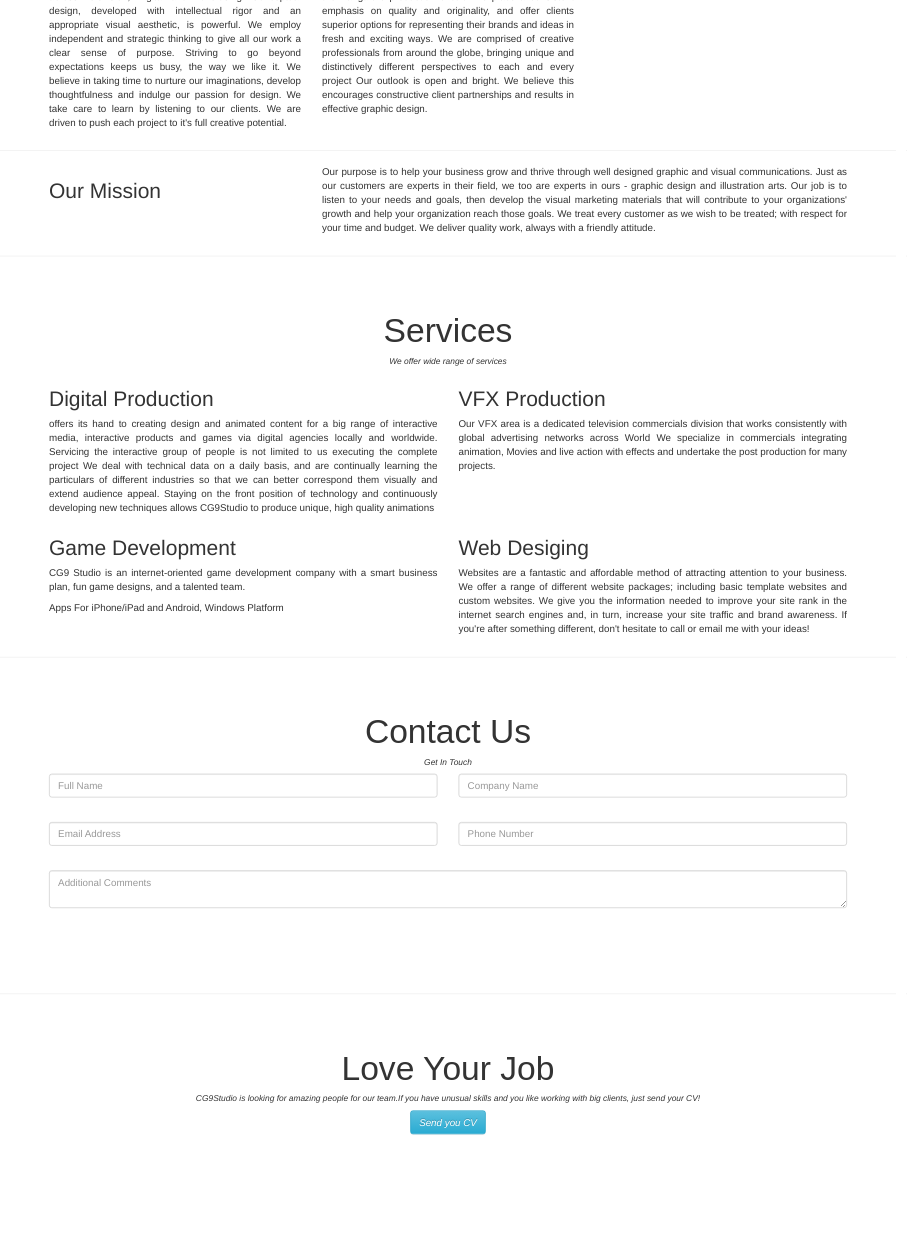
Repository: deepak6sp/BootstrapTheme1
Page: 9studio/WebContent/index.html
These files come from the project's save history. The page is drawn as it stood at one moment and after the next save; the edit follows.
The browser window is 1280 px wide. The page is 1295 px wide, so the pictures cover 1295 px, including what lies to the right of the window. The pictures show the part of the page from y = 986 to 2866 px (the page is 2766 px tall before and 2866 px after), at 70% of full size.
Some web libraries are served in a nearby version.

Above is the page before, as saved 2014-07-23 14:08:58.

### 9studio/WebContent/index.html
<!DOCTYPE html>
<html>
<head>
<meta charset="ISO-8859-1">
<title>Welcome To 9Studio</title>
<link rel="stylesheet" type="text/css" href="css/style.css">
<link rel="stylesheet" type="text/css" href="css/bootstrap.min.css">
<link rel="stylesheet" type="text/css" href="css/bootstrap-theme.min.css">
</head>
<body>
	<header class="navbar navbar-default">
		<div class="container">
			<div class="navbar-header">
				<a class="navbar-brand" href="#" title="9studio"><img src="images/logo.jpg"></a>
				<button class="navbar-toggle" data-toggle="collapse" data-target="#navheaderCollapse">
					<span class="icon-bar"></span>
			        <span class="icon-bar"></span>
			        <span class="icon-bar"></span>
	      		</button>
	      	</div>
	      	<br></br>
      		<div class="collapse navbar-collapse navbar-collapse-top" id="navheaderCollapse">
				<ul class="nav navbar-nav  navbar-right" >
					<li><a href="#">Home</a></li>
					<li><a href="#about-us">About</a></li>
					<li><a href="#service">Service</a></li>
					<li><a href="#contact">Contact</a></li>
					<li><a href="#getjob">GetJob</a></li>
				</ul>
			</div>
		</div>
		<br></br>
		<img src="images/home1.jpg" class="img-thumbnail">
	</header>
	<hr><br></br>
		<section id="about-us">
			<div class="container">
				<div class="row text-center"><h1>About Us</h1></div>
				<div class="row text-center"><h6>Read about the company and check why we are the best!!</h6></div>
			</div>
			<div class="container">
				<div class="row">
					<div class="col-md-4">
						<h2>Who We Are?</h2>
						<p class="text-justify">CG9Studio is a Bangalore-based production house, specializing in 3D Animation across all mediums spanning across Television,
						Digital and Advertising .Conceptual design, developed with intellectual rigor and an appropriate visual aesthetic, is powerful.
						We employ independent and strategic thinking to give all our work a clear sense of purpose. Striving to go beyond expectations
						keeps us busy, the way we like it. We believe in taking time to nurture our imaginations, develop thoughtfulness and indulge our
						passion for design. We take care to learn by listening to our clients. We are driven to push each project to it's full creative
						potential.</p>
					</div>
					<div class="col-md-4">
						<h2>What We Do?</h2>
						<p class="text-justify">CG9Studio is relatively new, having been in business for just over a year, but is already an established fixture in the Bangalore
						production circuit. We place a consistent emphasis on quality and originality, and offer clients superior options for representing
						their brands and ideas in fresh and exciting ways. We are comprised of creative professionals from around the globe, bringing unique
						and distinctively different perspectives to each and every project Our outlook is open and bright. We believe this encourages
						constructive client partnerships and results in effective graphic design.</p>
					</div>
					<div class="col-md-4">
						<h2>Creative Ideas</h2>
						<p class="text-justify"> We had multi-talented,dynamic,creative and innovative Professionals working for us of multinational projects</p>
					</div>
				</div>
			</div>
			<hr>
			<div class="container">
				<div class="row">
					<div class="col-md-4">
						<h2>Our Mission</h2>
					</div>
					<div class="col-md-8">
						<p class="text-justify">Our purpose is to help your business grow and thrive through well designed graphic and visual communications. Just as our
						customers are experts in their field, we too are experts in ours - graphic design and illustration arts. Our job is to listen
						to your needs and goals, then develop the visual marketing materials that will contribute to your organizations' growth and help
						your organization reach those goals. We treat every customer as we wish to be treated; with respect for your time and budget. We
						deliver quality work, always with a friendly attitude.
					</div>
				</div>
			</div>
		</section>

	<hr><br></br>
		<section id="service">
			<div class="container">
				<h1 class="row text-center">Services</h1>
				<h6 class="row text-center">We offer wide range of services</h6>
			</div>
			<div class="container">
				<div class="row">
					<div class="col-md-6">
						<h2>Digital Production</h2>
						<p class="text-justify"> offers its hand to creating design and animated content for a big range of interactive media, interactive products and games
						via digital agencies locally and worldwide.  Servicing the interactive group of people is not limited to us executing the complete
						project We deal with technical data on a daily basis, and are continually learning the particulars of different industries so that
						we can better correspond them visually and extend audience appeal. Staying on the front position of technology and continuously
						developing new techniques allows CG9Studio to produce unique, high quality animations</p>
					</div>
					<div class="col-md-6">
						<h2>VFX Production</h2>
						<p class="text-justify">Our VFX area is a dedicated television commercials division that works consistently with global advertising networks across
						World We specialize in commercials integrating animation, Movies and live action with effects and undertake the post production for
						many projects.</p>
					</div>
				</div>
			</div>
			<div class="container">
				<div class="row">
					<div class="col-md-6">
						<h2>Game Development</h2>
						<p class="text-justify">CG9 Studio is  an internet-oriented game development company with a smart business plan, fun  game designs, and a talented team.</P>
						<p class="text-justify">Apps For  iPhone/iPad and Android, Windows Platform</p>
					</div>
					<div class="col-md-6">
						<h2>Web Desiging</h2>
						<p class="text-justify">Websites are a fantastic and affordable method of  attracting attention to your business. We offer a range of different website
						packages; including basic template websites and custom websites. We give you the  information needed to improve your site rank in the
						internet search engines  and, in turn, increase your site traffic and brand awareness.  If you're  after something different, don't
						hesitate to call or email me with your ideas!</p>
					</div>
				</div>
			</div>
		</section>

	<hr><br></br>
		<section id="contact">
			<div class="container">
				<h1 class="row text-center">Contact Us</h1>
				<h6 class="row text-center">Get In Touch</h6>
			</div>
			<div class="container">
				<form class="row">
					<div class="col-md-6">
						<div class="form-group">
							<input type="text" class="form-control" placeholder="Full Name"/>
						</div>
						<br />
						<div class="form-group">
							<input type="email" class="form-control" placeholder="Email Address">
						</div>
						<br />
					</div>
					<div class="col-md-6">
						<div class="form-group">
							<input type="text" class="form-control" placeholder="Company Name">
						</div>
						<br />
						<div class="form-group">
							<input type="number" class="form-control" placeholder="Phone Number">
						</div>
						<br />
					</div>
					<div class="col-md-12">
						<div class="form-group">
							<textarea class="form-control" placeholder="Additional Comments"></textarea>
						</div>
					</div>
				</form>
			</div>
		</section>

	<hr><br></br>
		<section id="getjob">
			<div id="container" >
				<div class="row text-center">
					<h1 >Love Your Job</h1>
					<h6 >CG9Studio is looking for amazing people for our team.If you have unusual skills and you like working with big clients, just send your CV!</h6>
					<h6 ><button type="button" class="btn btn-info">Send you CV</button></h6>
				</div>
			</div>
		</section>
		<footer class="navbar navbar-inverse navbar-fixed-bottom">
			<div class="container">
				<div class="row text-center">
					<h5> Copyright @ Designed By Deepak,Melbourne</h5>
				</div>
			</div>
		</footer>

	<script src="http://ajax.googleapis.com/ajax/libs/jquery/1.11.1/jquery.min.js"></script>
	<script src="js/bootstrap.min.js"></script>
	<script src="js/script.js"></script>
</body>
</html>

### 9studio/WebContent/css/style.css
@CHARSET "ISO-8859-1";

div h1{
	font-family:Arial,Helvetica,sans-serif;
	font-size:48px;
}

div h6{
	font-style:italic;
}

div h5{
	color:white;
}
div ul li a{
	color:grey;
	font-size:18px;
}

div ul li a:hover{
	font-style:bold;
}

#contact{
	height:400px;
}

#getjob{
	height:300px;
}

### 9studio/WebContent/js/script.js
$(document).ready(function(){
		$('a[href^="#"]').on('click',function (e) {
		    e.preventDefault();

		    var target = this.hash,
		    $target = $(target);

		    $('html, body').stop().animate({
		        'scrollTop': $target.offset().top
		    }, 900, 'swing', function () {
		        window.location.hash = target;
		    });
		});
	});

Loaded but not shown: 9studio/WebContent/css/bootstrap.min.css (library); 9studio/WebContent/css/bootstrap-theme.min.css (library); 9studio/WebContent/js/bootstrap.min.js (library)

After the next save:
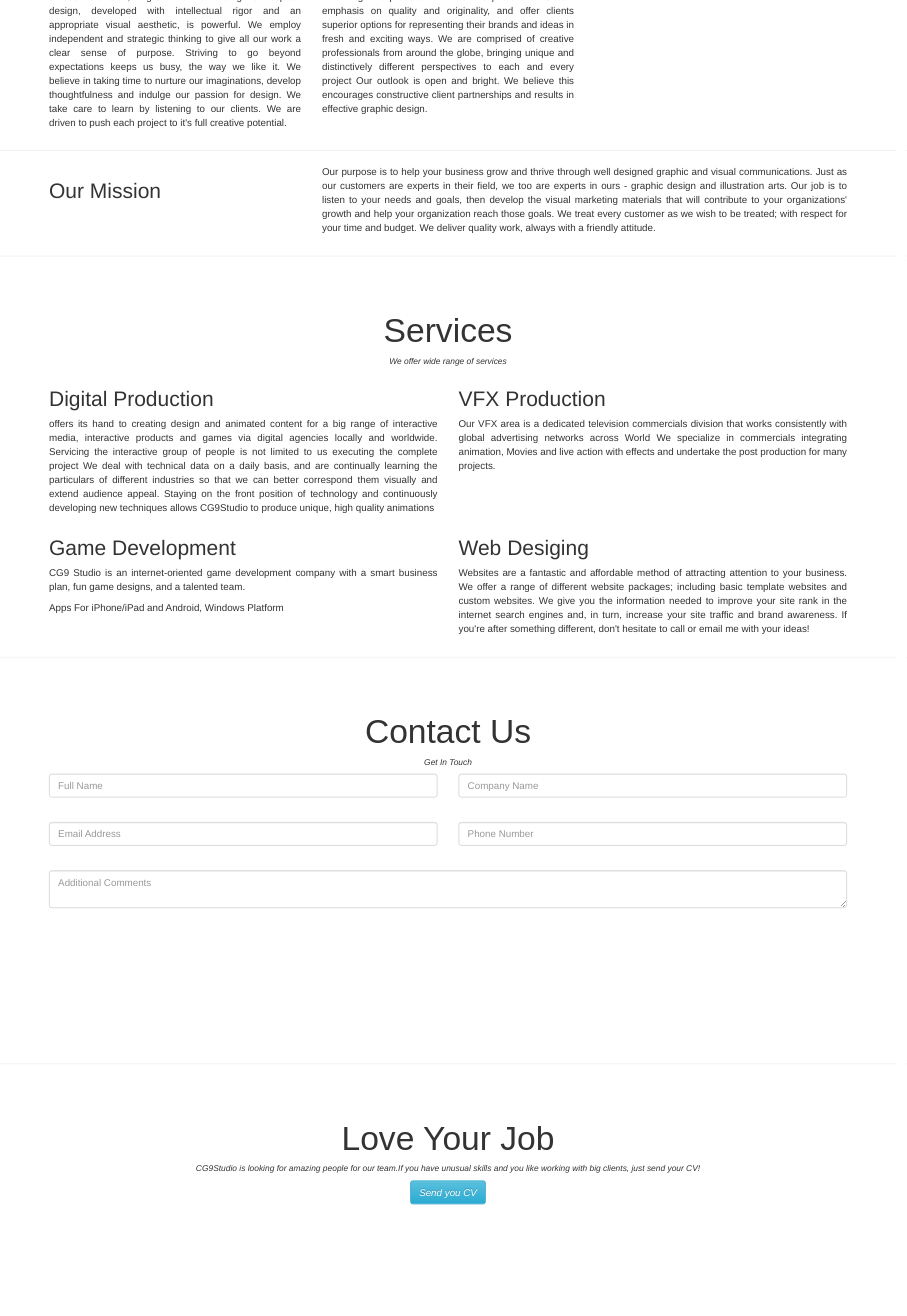
Saved 22 s later.
--- a/9studio/WebContent/css/style.css
+++ b/9studio/WebContent/css/style.css
@@ -22,7 +22,7 @@
 }
 
 #contact{
-	height:400px;
+	height:500px;
 }
 
 #getjob{

After the save that followed:
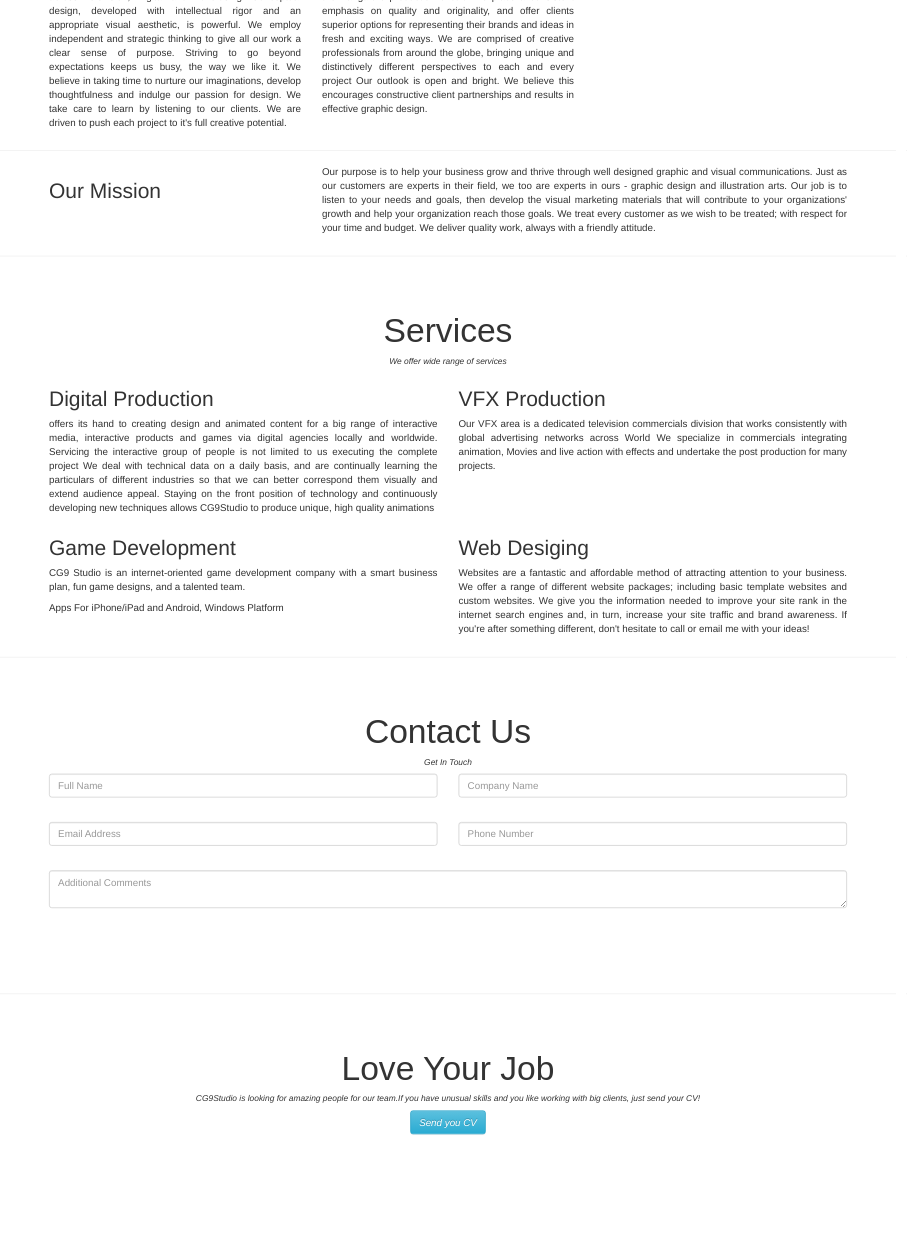
Saved 17 s later.
--- a/9studio/WebContent/css/style.css
+++ b/9studio/WebContent/css/style.css
@@ -22,7 +22,7 @@
 }
 
 #contact{
-	height:500px;
+	height:400px;
 }
 
 #getjob{
